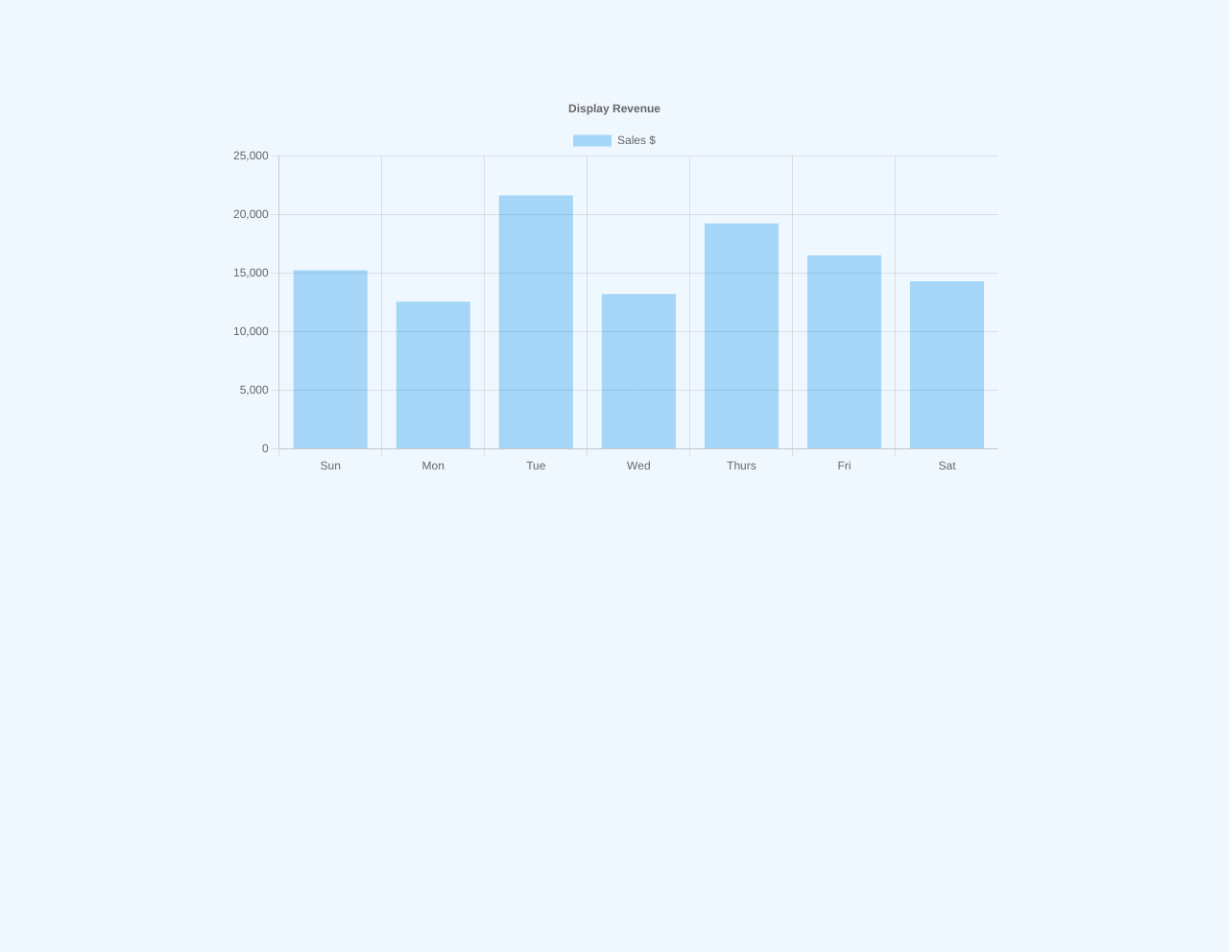
Repository: RonanKhalilOlaes/Week-12-chartActivity
Page: /
The author's editor kept a copy of each file at every save. The page is drawn from the files as they stood at one save, then again after the next save.
The browser window is 1280 px wide. The pictures show the whole page, at 96% of full size.
The project was rebuilt for these pictures with package versions that can differ from the ones it lists, and the page was loaded fresh each time. The framework's server and built-in components were replaced by stand-ins that run in the browser. Also part of the build but not shown: next.config.js.

Above is the page before, as saved 2023-03-20 10:42:24.

After the next save:
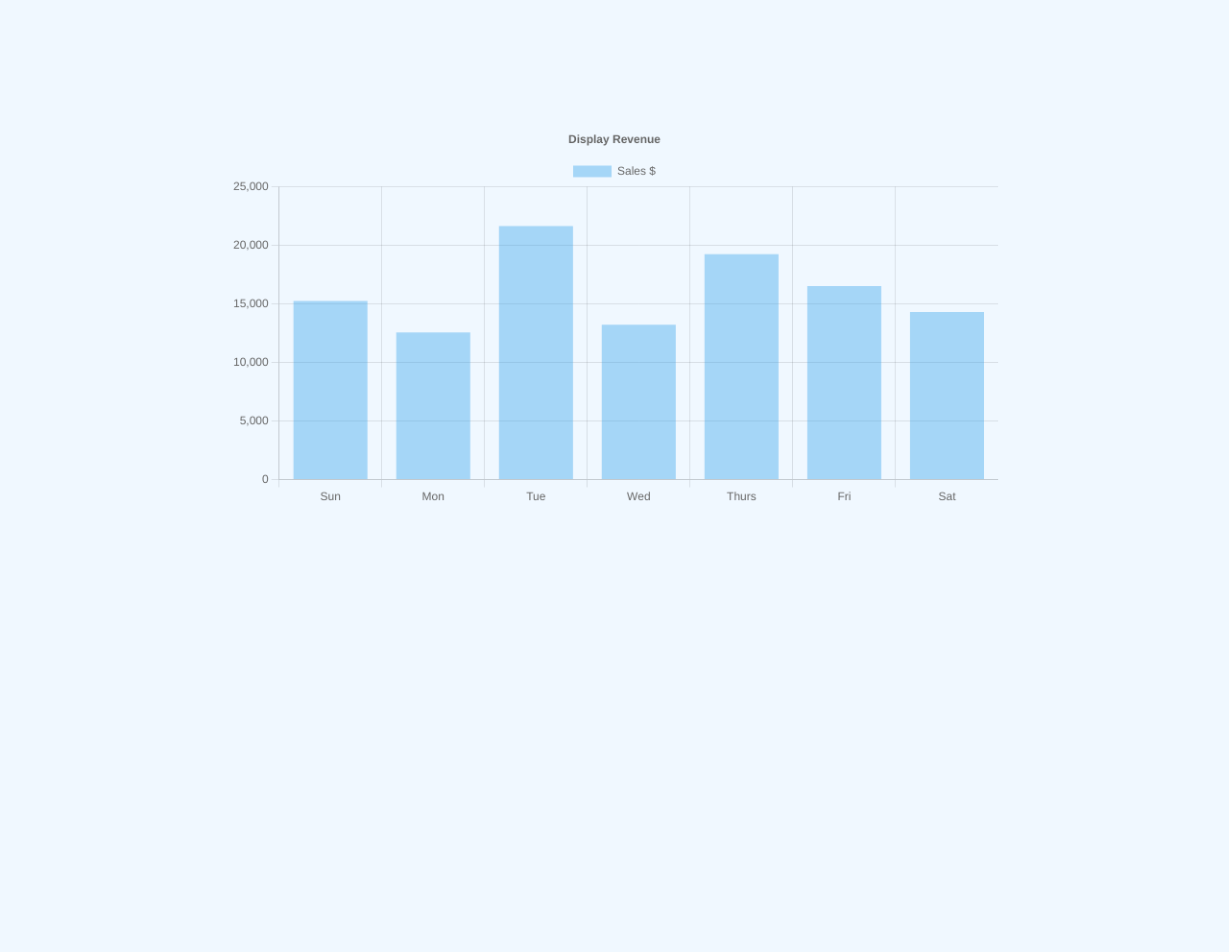
Saved 58 s later.
--- a/components/BarChart/BarChart.module.css
+++ b/components/BarChart/BarChart.module.css
@@ -1,4 +1,5 @@
 .container {
+    padding-top: 2em;
     width: 800px;
     height: 800px;
 }
